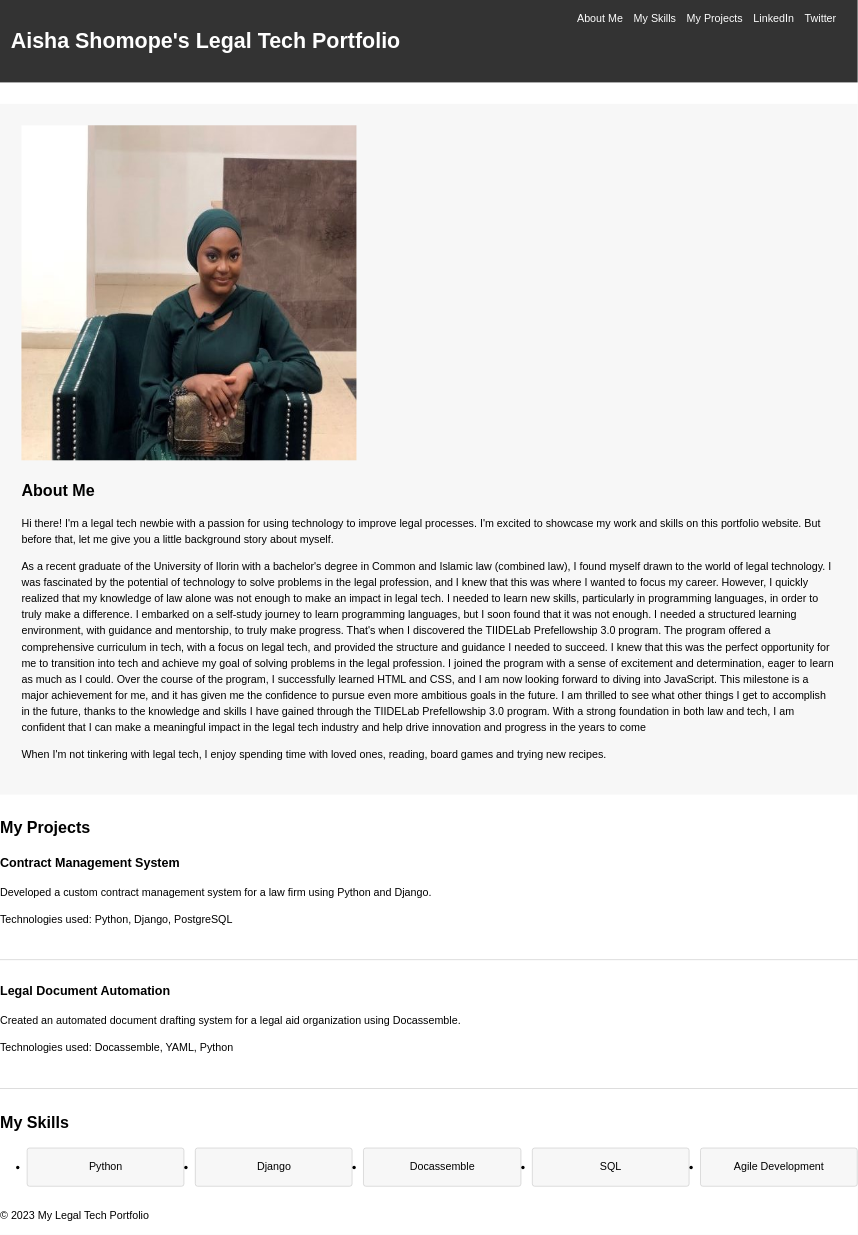
Repository: Iyewande/AishasPortfolio
Page: Index.html
The author's editor kept a copy of each file at every save. The page is drawn from the files as they stood at one save, then again after the next save.
The browser window is 1280 px wide. The pictures show the whole page, at 67% of full size.

Above is the page before, as saved 2023-04-30 19:31:06.

### Index.html
<!DOCTYPE html>
<html lang="en">
    <head>
        <meta charset="UTF-8">
        <meta http-equiv="X-UA-Compatible" content="IE=edge">
        <meta name="viewport" content="width=device-width, initial-scale=1.0">
        <title>My Legal Tech Portfolio</title>
        <link rel="stylesheet" href="Style.css">
    </head>
    <body>
        <!-- This HTML code creates a simple portfolio website with three main sections: About Me, My Projects, and My Skills.
            The navigation menu allows visitors to easily navigate between the sections of the website. The CSS styling for
            this website is located in a separate style.css file. -->
        <header>
            <h1> Aisha Shomope's Legal Tech Portfolio </h1>
            <nav>
                <ul>
                    <li><a href="#about">About Me</a></li>
                    <li><a href="#skills">My Skills</a></li>
                    <li><a href="#projects">My Projects</a></li>
                    <li><a href="https://www.linkedin.com/in/yourprofile/">LinkedIn</a></li>
                    <li><a href="https://twitter.com/yourhandle/">Twitter</a></li>
                  </ul>
            </nav>
        </header>
        <main>
            <section id="about">
                <div class="main-container"></div>
                <img src="E17CF07F-F5B1-4C94-9C3E-8D25C5FEC29B.jpg" alt="A picture of me" height="500" width="500">
                <h2>About Me</h2>
                <p>Hi there! I'm a legal tech newbie with a passion for using technology to improve legal processes. I'm excited to
                    showcase my work and skills on this portfolio website. But before that, let me give you a little background story about myself.</p>
                <article>
                    As a recent graduate of the University of Ilorin with a bachelor's degree in Common and Islamic law (combined law), I found myself drawn to the world of legal technology. I was fascinated by the potential of technology to solve problems in the legal profession, and I knew that this was where I wanted to focus my career.
                    However, I quickly realized that my knowledge of law alone was not enough to make an impact in legal tech. I needed to learn new skills, particularly in programming languages, in order to truly make a difference. I embarked on a self-study journey to learn programming languages, but I soon found that it was not enough. I needed a structured learning environment, with guidance and mentorship, to truly make progress.
                    That's when I discovered the TIIDELab Prefellowship 3.0 program. The program offered a comprehensive curriculum in tech, with a focus on legal tech, and provided the structure and guidance I needed to succeed. I knew that this was the perfect opportunity for me to transition into tech and achieve my goal of solving problems in the legal profession.
                    I joined the program with a sense of excitement and determination, eager to learn as much as I could. Over the course of the program, I successfully learned HTML and CSS, and I am now looking forward to diving into JavaScript. This milestone is a major achievement for me, and it has given me the confidence to pursue even more ambitious goals in the future.
                    I am thrilled to see what other things I get to accomplish in the future, thanks to the knowledge and skills I have gained through the TIIDELab Prefellowship 3.0 program. With a strong foundation in both law and tech, I am confident that I can make a meaningful impact in the legal tech industry and help drive innovation and progress in the years to come</article>
                <p>When I'm not tinkering with legal tech, I enjoy spending time with loved ones, reading, board games and trying new recipes.</p>
              </section>

              <section id="projects">
                <h2>My Projects</h2>
                <ul>
                  <li>
                    <h3>Contract Management System</h3>
                    <p>Developed a custom contract management system for a law firm using Python and Django.</p>
                    <p>Technologies used: Python, Django, PostgreSQL</p>
                  </li>
                  <li>
                    <h3>Legal Document Automation</h3>
                    <p>Created an automated document drafting system for a legal aid organization using Docassemble.</p>
                    <p>Technologies used: Docassemble, YAML, Python</p>
                  </li>
                </ul>
              </section>

              <section id="skills">
                <h2>My Skills</h2>
                <ul>
                  <li>Python</li>
                  <li>Django</li>
                  <li>Docassemble</li>
                  <li>SQL</li>
                  <li>Agile Development</li>
                </ul>
              </section>

        </main>
        <footer>
            <p>&copy; 2023 My Legal Tech Portfolio</p>
        </footer>
    </body>
</html>

### Style.css
/* Global styles */
/* This CSS file defines styles for the entire website, as well as specific styles for the different sections of the website.
For example, the header element has a dark background color and white text color, while the #skills section uses a grid layout
to display a list of skills. These styles are used to enhance the design and usability of the website.*/

body {
    font-family: Arial, sans-serif;
    font-size: 16px;
    line-height: 1.5;
    margin: 0;
    padding: 0;
  }

  h1, h2, h3 {
    font-family: 'Montserrat', sans-serif;
  }

  header {
    background-color: #333;
    color: #fff;
    display: flex;
    justify-content: space-between;
    padding: 1em;
  }

  nav ul {
    display: flex;
    list-style: none;
    margin: 0;
    padding: 0;
  }

  nav ul li {
    margin-right: 1em;
  }

  nav ul li a {
    color: #fff;
    text-decoration: none;
  }

  nav ul li a:hover {
    text-decoration: underline;
  }

  section {
    margin: 2em 0;
  }

  /* Specific styles */

  #about {
    background-color: #f7f7f7;
    padding: 2em;
  }

  #about p {
    margin-bottom: 1em;
  }

  #projects ul {
    list-style: none;
    margin: 0;
    padding: 0;
  }

  #projects li {
    border-bottom: 1px solid #ccc;
    margin-bottom: 2em;
    padding-bottom: 2em;
  }

  #projects h3 {
    margin-top: 0;
  }

  #projects p {
    margin-bottom: 1em;
  }

  #skills ul {
    display: grid;
    grid-template-columns: repeat(auto-fit, minmax(120px, 1fr));
    grid-gap: 1em;
  }

  #skills li {
    background-color: #f7f7f7;
    border: 1px solid #ccc;
    border-radius: 4px;
    padding: 1em;
    text-align: center;
  }

After the next save:
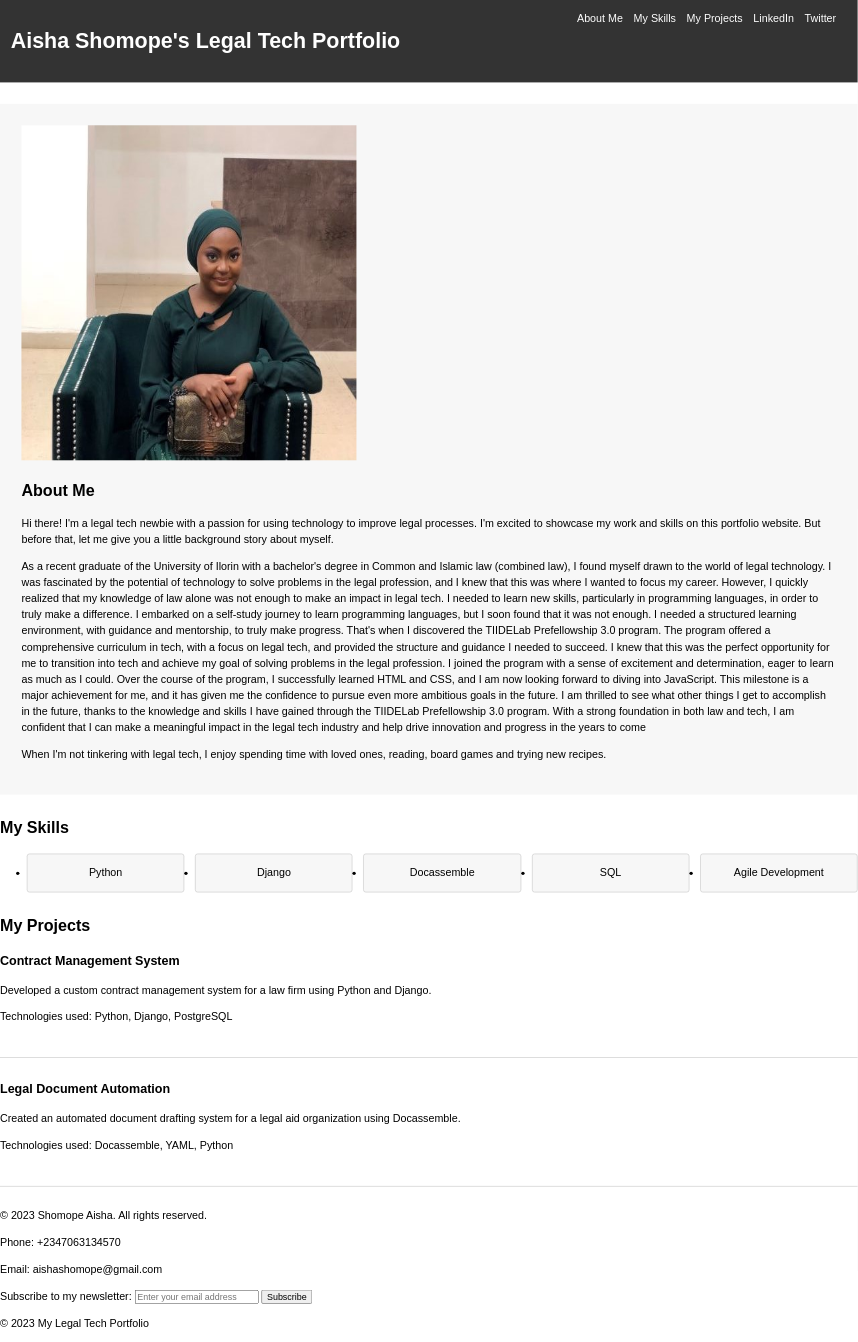
Saved 6 min 11 s later.
--- a/Index.html
+++ b/Index.html
@@ -38,8 +38,19 @@
                     I am thrilled to see what other things I get to accomplish in the future, thanks to the knowledge and skills I have gained through the TIIDELab Prefellowship 3.0 program. With a strong foundation in both law and tech, I am confident that I can make a meaningful impact in the legal tech industry and help drive innovation and progress in the years to come</article>
                 <p>When I'm not tinkering with legal tech, I enjoy spending time with loved ones, reading, board games and trying new recipes.</p>
               </section>
-
+              <section id="skills">
+                <div class="main-container"></div>
+                <h2>My Skills</h2>
+                <ul>
+                  <li>Python</li>
+                  <li>Django</li>
+                  <li>Docassemble</li>
+                  <li>SQL</li>
+                  <li>Agile Development</li>
+                </ul>
+              </section>
               <section id="projects">
+                <div class="main-container"></div>
                 <h2>My Projects</h2>
                 <ul>
                   <li>
@@ -55,19 +66,20 @@
                 </ul>
               </section>
 
-              <section id="skills">
-                <h2>My Skills</h2>
-                <ul>
-                  <li>Python</li>
-                  <li>Django</li>
-                  <li>Docassemble</li>
-                  <li>SQL</li>
-                  <li>Agile Development</li>
-                </ul>
-              </section>
-
         </main>
         <footer>
+            <div class="footer-container">
+                <p>&copy; 2023 Shomope Aisha. All rights reserved.</p>
+                <div class="contact">
+                    <p>Phone: +2347063134570</p>
+                    <p>Email: aishashomope@gmail.com</p>
+                </div>
+                <form action="#" method="post">
+                    <label for="subscribe">Subscribe to my newsletter:</label>
+                    <input type="email" id="subscribe" name="subscribe" placeholder="Enter your email address">
+                    <button type="submit">Subscribe</button>
+                </form>
+            </div>
             <p>&copy; 2023 My Legal Tech Portfolio</p>
         </footer>
     </body>
